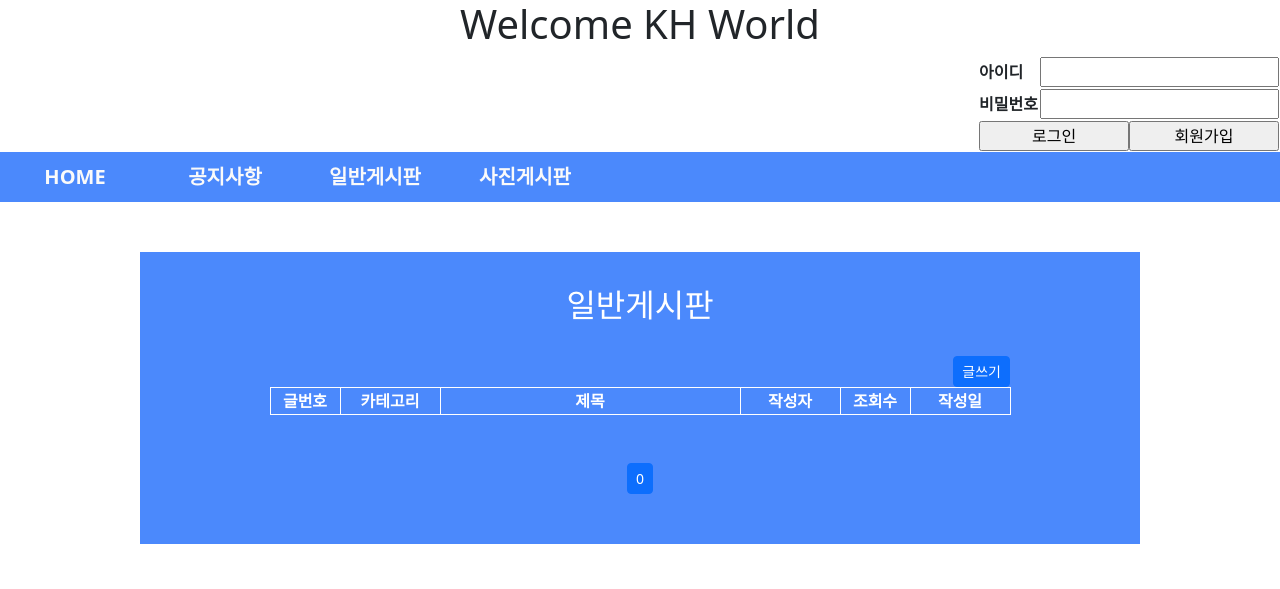
Repository: didwlwd/workspace
Page: http://localhost/jspProject/views/board/boardlistview.jsp
An editor plug-in stored every save of this project. The page is shown before and after the next save, followed by the edit.
The browser window is 1280 px wide. The pictures show the whole page.
The page is served by Tomcat 10. The template is opened directly, without the code that normally fills it, so the values that code supplies are empty.

Above is the page before, as saved 2025-02-28 00:15:59.

After the next save:
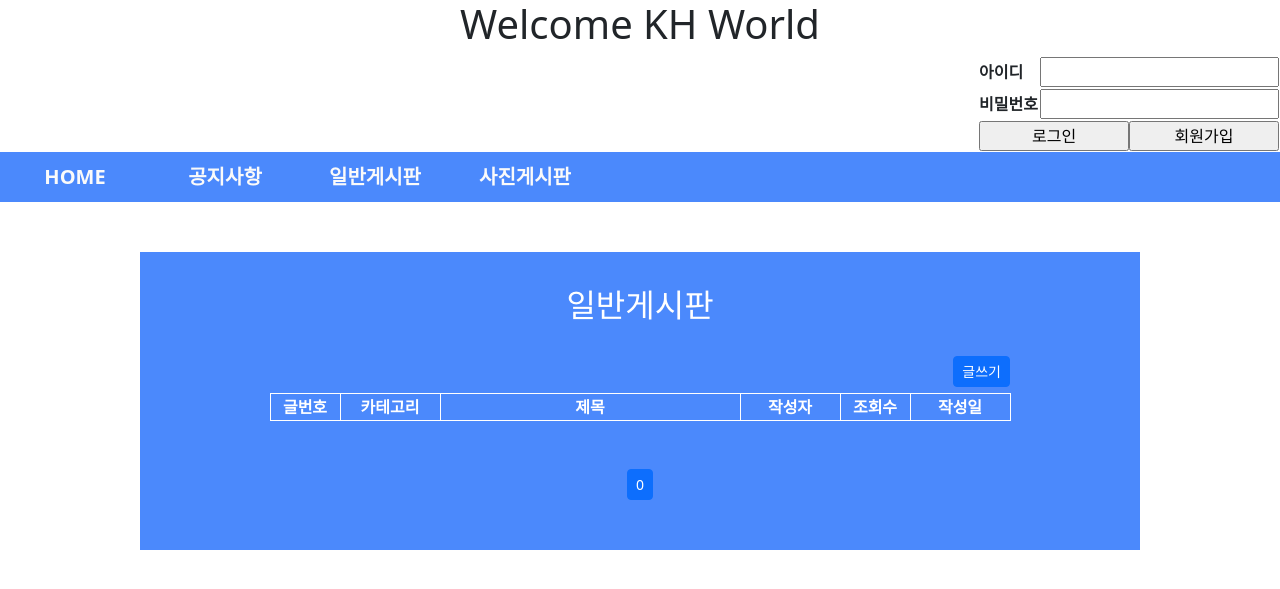
Saved 38 s later.
--- a/07_jsp/jspProject/src/main/webapp/views/board/boardlistview.jsp
+++ b/07_jsp/jspProject/src/main/webapp/views/board/boardlistview.jsp
@@ -44,7 +44,7 @@
         <h2 align="center">일반게시판</h2>
         <br>
 
-		<div align="right" style="width:870px">
+		<div align="right" style="width:870px; margin-bottom:6px" >
 			<a class="btn btn-sm btn-primary" href="">글쓰기</a>
 		</div>
         <table align="center" class="list-area">
